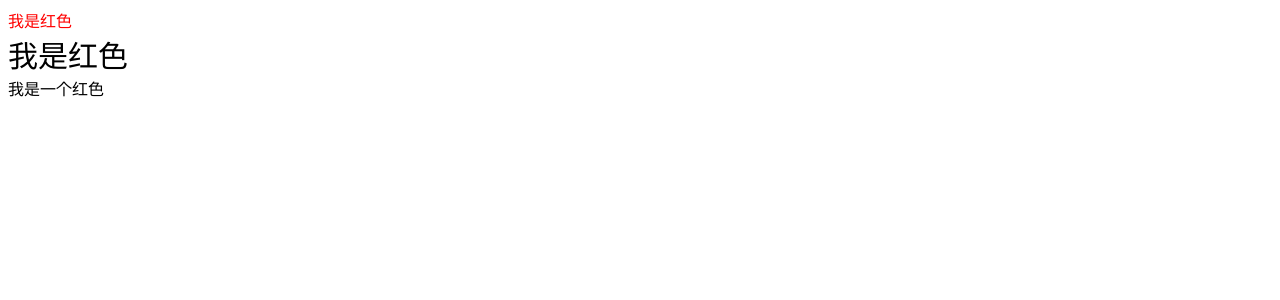
Repository: ls02/VSCode
Page: Java/2022/6-30-1/Test2.html
The author's editor kept a copy of each file at every save. The page is drawn from the files as they stood at one save, then again after a run of saves.
The browser window is 1280 px wide. The pictures show the whole page.

Above is the page before, as saved 2022-07-01 00:17:33.

### Java/2022/6-30-1/Test2.html
<!--
 * @Author: ls02 <2877455773@qq.com>
 * @Date: 2022-06-30 22:43:22
 * @LastEditors: ls02 <2877455773@qq.com>
 * @LastEditTime: 2022-07-01 00:16:51
 * @FilePath: \Java\2022\6-30-1\Test2.html
 * @Description:
 *
 * Copyright (c) 2022 by ${ls02 <2877455773@qq.com>}, All Rights Reserved.
-->
<!DOCTYPE html>
<html lang="en">
<head>
    <meta charset="UTF-8">
    <meta http-equiv="X-UA-Compatible" content="IE=edge">
    <meta name="viewport" content="width=device-width, initial-scale=1.0">
    <title>我的标题</title>
    <!-- id选择器必须#开头 -->
    <style>
        #grep {
            color:red;
        }

        #size{
            font-size: 30px;
        }
    </style>
</head>
<body>
    <!-- id选择器只能有一个选择器 -->
    <div id="grep">我是红色</div>
    <div id="size">我是红色</div>
    <div>我是一个红色</div>
</html>

After the next 2 saves:
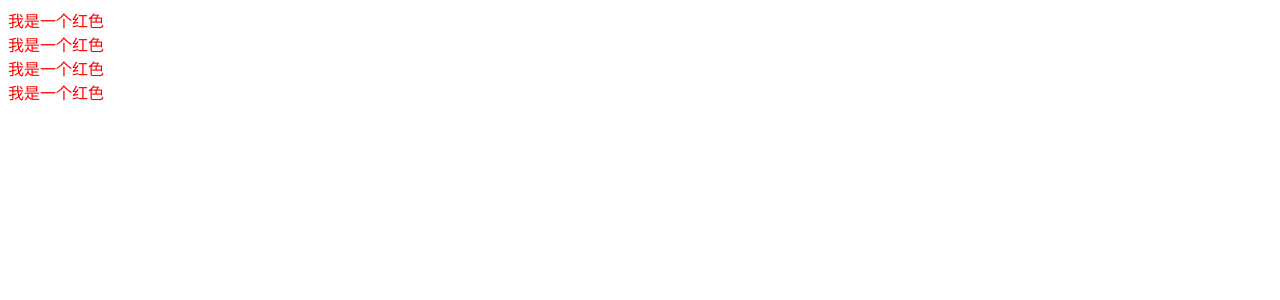
The 2 saves are shown as one change because they came seconds apart.
The last was saved 103 s later.
--- a/Java/2022/6-30-1/Test2.html
+++ b/Java/2022/6-30-1/Test2.html
@@ -2,7 +2,7 @@
  * @Author: ls02 <2877455773@qq.com>
  * @Date: 2022-06-30 22:43:22
  * @LastEditors: ls02 <2877455773@qq.com>
- * @LastEditTime: 2022-07-01 00:16:51
+ * @LastEditTime: 2022-07-01 00:19:13
  * @FilePath: \Java\2022\6-30-1\Test2.html
  * @Description:
  *
@@ -17,18 +17,14 @@
     <title>我的标题</title>
     <!-- id选择器必须#开头 -->
     <style>
-        #grep {
+        * {
             color:red;
-        }
-
-        #size{
-            font-size: 30px;
         }
     </style>
 </head>
 <body>
-    <!-- id选择器只能有一个选择器 -->
-    <div id="grep">我是红色</div>
-    <div id="size">我是红色</div>
+    <div>我是一个红色</div>
+    <div>我是一个红色</div>
+    <div>我是一个红色</div>
     <div>我是一个红色</div>
 </html>
